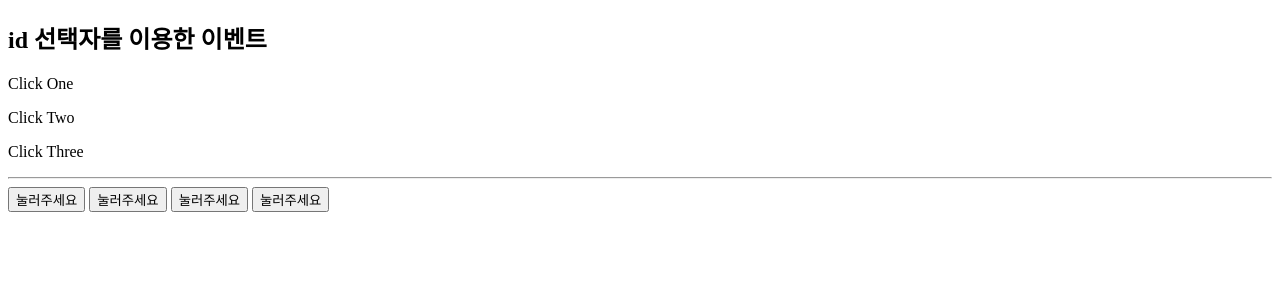
Repository: wjsjsn/23_webstudy
Page: 03_javascript/src/main/webapp/day02/Ex14_event.html
The author's editor kept a copy of each file at every save. The page is drawn from the files as they stood at one save, then again after the next save.
The browser window is 1280 px wide. The pictures show the whole page.
After loading, the first visible `button[onclick="test3()"]` was clicked once.

Above is the page before, as saved 2023-06-28 05:58:51.

### 03_javascript/src/main/webapp/day02/Ex14_event.html
<!DOCTYPE html>
<html>
<head>
<meta charset="UTF-8">
<title>id 선택자를 이용한 이벤트</title>
<script type="text/javascript">
	function test1() {
		// 특정 위치에 글자 삽입(태그 포함)
		document.getElementById("demo1").innerHTML = "ICT 인재 개발원";
	}

	function test2() {
		// 스타일 지정
		document.getElementById("demo2").style.display = "none";
	}

	function test3() {

	}

	function test4() {

	}

</script>
</head>
<body>
	<h2>id 선택자를 이용한 이벤트</h2>
	<p id="demo1"></p>

	<p id="demo2">Click One</p>

	<p id="demo3">Click Two</p>

	<p id="demo4">Click Three</p>

	<hr>
	<!-- demo1에 'ICT 인재 개발원' 글자 삽입 -->
	<button onclick="test1()">눌러주세요</button>

	<!-- demo2의 내용이 화면에 보이지 않게 -->
	<button onclick="test2()">눌러주세요</button>

	<!-- demo3의 글자가 30px로 만들기 -->
	<button onclick="test3()">눌러주세요</button>

	<!-- demo4의 글자가 모두 소문자로 변경 -->
	<button onclick="test4()">눌러주세요</button>
</body>
</html>

After the next save:
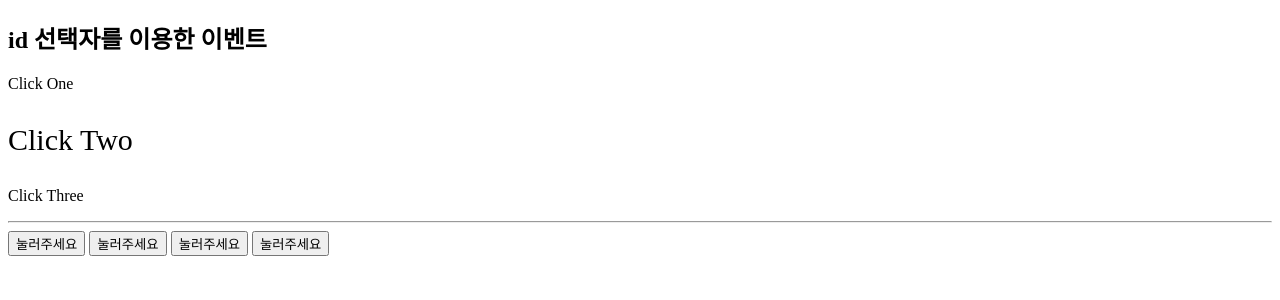
Saved 105 s later.
--- a/03_javascript/src/main/webapp/day02/Ex14_event.html
+++ b/03_javascript/src/main/webapp/day02/Ex14_event.html
@@ -15,7 +15,7 @@
 	}
 
 	function test3() {
-
+		document.getElementById("demo3").style.fontSize = "30px";
 	}
 
 	function test4() {
